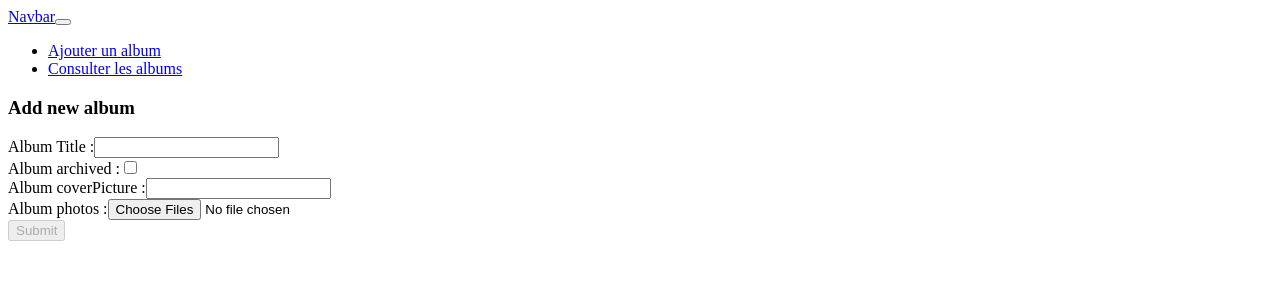
Repository: yassinecher/TestCC4SAE6
Page: /albums/add
The author's editor kept a copy of each file at every save. The page is drawn from the files as they stood at one save, then again after the next save.
The browser window is 1280 px wide. The pictures show the whole page.
The project was rebuilt for these pictures with package versions that can differ from the ones it lists, and the page was loaded fresh each time. Also part of the build but not shown: angular.json, src/app/components/albums/albums.component.ts, src/app/components/not-found/not-found.component.ts.

Above is the page before, as saved 2024-12-20 15:02:39.

### src/index.html
<!doctype html>
<html lang="en">
<head>
  <meta charset="utf-8">
  <title>TestCCYassinecherni</title>
  <base href="/">
  <meta name="viewport" content="width=device-width, initial-scale=1">
  <link rel="icon" type="image/x-icon" href="favicon.ico">
</head>
<body>
  <app-root></app-root>
</body>
</html>

### src/app/app.module.ts
import { NgModule } from '@angular/core';
import { BrowserModule } from '@angular/platform-browser';

import { AppComponent } from './app.component';
import { AppRoutingModule } from './app-routing.module';
import { NavBarComponent } from './components/nav-bar/nav-bar.component';
import { AlbumsComponent } from './components/albums/albums.component';
import { AddAlbumsComponent } from './components/add-albums/add-albums.component';
import { NotFoundComponent } from './components/not-found/not-found.component';
import { FormsModule, ReactiveFormsModule } from '@angular/forms';

@NgModule({
  declarations: [
    AppComponent,
    NavBarComponent,
    AlbumsComponent,
    AddAlbumsComponent,
    NotFoundComponent,

  ],
  imports: [
    BrowserModule,
    AppRoutingModule,
    FormsModule,

    ReactiveFormsModule
  ],
  providers: [],
  bootstrap: [AppComponent]
})
export class AppModule { }

### src/app/app.component.ts
import { Component } from '@angular/core';

@Component({
  selector: 'app-root',
  templateUrl: './app.component.html',
  styleUrls: ['./app.component.css']
})
export class AppComponent {
  title = 'testCC_Yassinecherni';
}

### src/app/app-routing.module.ts
import { NgModule } from '@angular/core';
import { RouterModule, Routes } from '@angular/router';
import { AlbumsComponent } from './components/albums/albums.component';
import { AddAlbumsComponent } from './components/add-albums/add-albums.component';
import { NotFoundComponent } from './components/not-found/not-found.component';

const routes: Routes = [
  { path: 'albums', component: AlbumsComponent },
  { path: '', redirectTo: '/albums', pathMatch: 'full' },

  { path: 'albums/add', component: AddAlbumsComponent },
  { path: '**', component: NotFoundComponent },
];

@NgModule({
  imports: [RouterModule.forRoot(routes)],
  exports: [RouterModule]
})
export class AppRoutingModule { }

### src/app/components/add-albums/add-albums.component.ts
import { Component, OnInit } from '@angular/core';
import { FormControl, FormGroup, Validators } from '@angular/forms';

@Component({
  selector: 'app-add-albums',
  templateUrl: './add-albums.component.html',
  styleUrls: ['./add-albums.component.css']
})
export class AddAlbumsComponent  {
updateFiles($event: any) {
  console.log($event.target.files)
}
add() {
console.log(this.album.get("coverPicture")?.errors)

}
  album!: FormGroup;
  ngOnInit(): void {
    this.album = new FormGroup({
      title: new FormControl('', [
        Validators.required,
        Validators.pattern('[0-9 a-z A-Z]+'),
      ]),
      creationDate: new FormControl(new Date(), [
        Validators.required,
      ]),
      archived: new FormControl(0),
      coverPicture: new FormControl('', [Validators.minLength(5)]),
      photos: new FormControl([]),

    });

  }
}

### src/app/app.component.html
<app-nav-bar>
</app-nav-bar>

  <router-outlet></router-outlet>

### src/app/components/nav-bar/nav-bar.component.html
<nav class="navbar navbar-expand-lg navbar-light bg-light">
    <div class="container-fluid">
        <a class="navbar-brand" href="#">Navbar</a>
        <button class="navbar-toggler" type="button" data-bs-toggle="collapse" data-bs-target="#navbarNav"
            aria-controls="navbarNav" aria-expanded="false" aria-label="Toggle navigation">
            <span class="navbar-toggler-icon"></span>
        </button>
        <div class="collapse navbar-collapse" id="navbarNav">
            <ul class="navbar-nav">
                <li class="nav-item">
                    <a class="nav-link active" aria-current="page"
                    routerLink="/albums/add">Ajouter un album</a>
                </li>
                <li class="nav-item">
                    <a class="nav-link active" aria-current="page"
                    routerLink="/albums">Consulter les albums</a>
                </li>
            </ul>
        </div>
    </div>
</nav>

### src/app/components/add-albums/add-albums.component.html
<div class="container">
    <div class="row">
        <h3>Add new album</h3>
    </div>
    <div class="row">
        <form [formGroup]="album">
            <div class="mb-3">
                <label>Album Title :</label>
                <input type="text" class="form-control" formControlName="title">
                <div class="alert alert-danger" *ngIf="album.get('title')!.invalid
                && (album.get('title')!.touched||album.get('title')!.dirty)">
                    <div *ngIf="album.get('title')!.hasError('required')">
                        album Title is required</div>
                    <div *ngIf="album.get('title')!.hasError('pattern')">
                        album Title invalid</div>
                </div>
            </div>
            <div class="mb-3">
                <label>Album archived :</label>
                <input type="checkbox" class="form-control" formControlName="archived">
            </div>
            <div class="mb-3">
                <label>Album coverPicture :</label>
                <input type="text" class="form-control" formControlName="coverPicture">
                <div class="alert alert-danger" *ngIf="album.get('coverPicture')!.invalid
                && (album.get('coverPicture')!.touched||album.get('coverPicture')!.dirty)">
                    <div *ngIf="album.get('coverPicture')!.hasError('')">
                        album number invalid</div>
                </div>
            </div>
            <div class="mb-3">
                <label>Album photos :</label>
                <input (change)="updateFiles($event)" type="file"  multiple class="form-control" formControlName="coverPicture">

            </div>
            <div class="mb-3">
                <button [disabled]="album.invalid!" type="sumbit" value="Submit" class="btn btn-outline-success" (click)="add()">Submit</button>
            </div>
        </form>
    </div>
</div>

Loaded but not shown: src/styles.css (common file); src/main.ts (common file); src/app/components/nav-bar/nav-bar.component.ts (common file); src/app/app.component.css (no stored copy; drawn as an empty file); src/app/components/add-albums/add-albums.component.css (no stored copy; drawn as an empty file); src/app/components/nav-bar/nav-bar.component.css (no stored copy; drawn as an empty file)

After the next save:
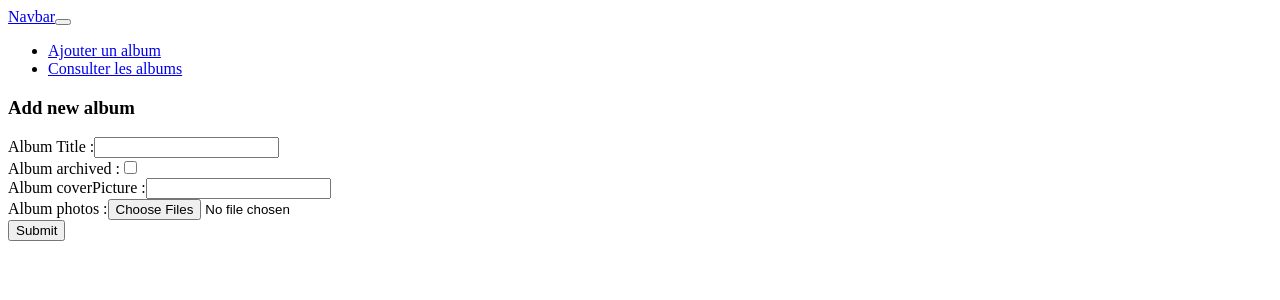
Saved 14 s later.
--- a/src/app/components/add-albums/add-albums.component.html
+++ b/src/app/components/add-albums/add-albums.component.html
@@ -34,7 +34,7 @@
 
             </div>
             <div class="mb-3">
-                <button [disabled]="album.invalid!" type="sumbit" value="Submit" class="btn btn-outline-success" (click)="add()">Submit</button>
+                <button  type="sumbit" value="Submit" class="btn btn-outline-success" (click)="add()">Submit</button>
             </div>
         </form>
     </div>

After the 3 saves that followed:
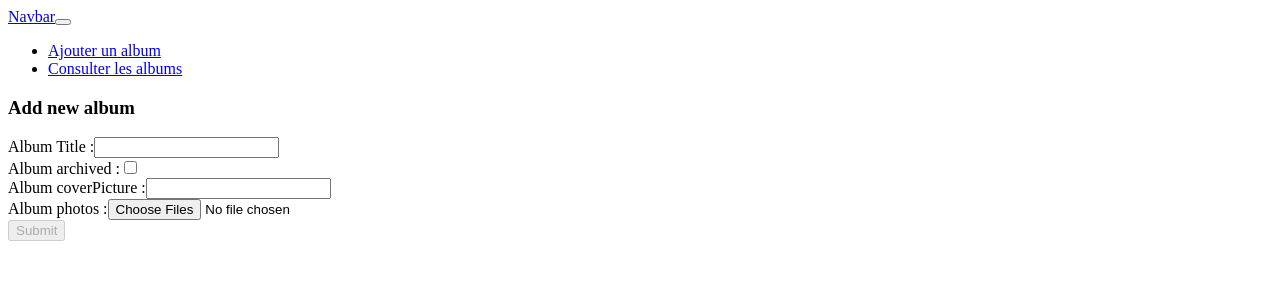
The 3 saves are shown as one change because 2 left the picture as it was.
The last was saved 79 s later.
--- a/src/app/components/add-albums/add-albums.component.html
+++ b/src/app/components/add-albums/add-albums.component.html
@@ -10,9 +10,10 @@
                 <div class="alert alert-danger" *ngIf="album.get('title')!.invalid
                 && (album.get('title')!.touched||album.get('title')!.dirty)">
                     <div *ngIf="album.get('title')!.hasError('required')">
-                        album Title is required</div>
+                        Titre obligatoire</div>
                     <div *ngIf="album.get('title')!.hasError('pattern')">
-                        album Title invalid</div>
+                        Le
+                        titre ne doit contenir que des lettres ou des chiffres</div>
                 </div>
             </div>
             <div class="mb-3">
@@ -24,8 +25,8 @@
                 <input type="text" class="form-control" formControlName="coverPicture">
                 <div class="alert alert-danger" *ngIf="album.get('coverPicture')!.invalid
                 && (album.get('coverPicture')!.touched||album.get('coverPicture')!.dirty)">
-                    <div *ngIf="album.get('coverPicture')!.hasError('')">
-                        album number invalid</div>
+                    <div *ngIf="album.get('coverPicture')!.hasError('minlength')">
+                        Minimum 5 caractères</div>
                 </div>
             </div>
             <div class="mb-3">
@@ -34,7 +35,7 @@
 
             </div>
             <div class="mb-3">
-                <button  type="sumbit" value="Submit" class="btn btn-outline-success" (click)="add()">Submit</button>
+                <button  [disabled]="album.invalid" type="sumbit" value="Submit" class="btn btn-outline-success" (click)="add()">Submit</button>
             </div>
         </form>
     </div>
